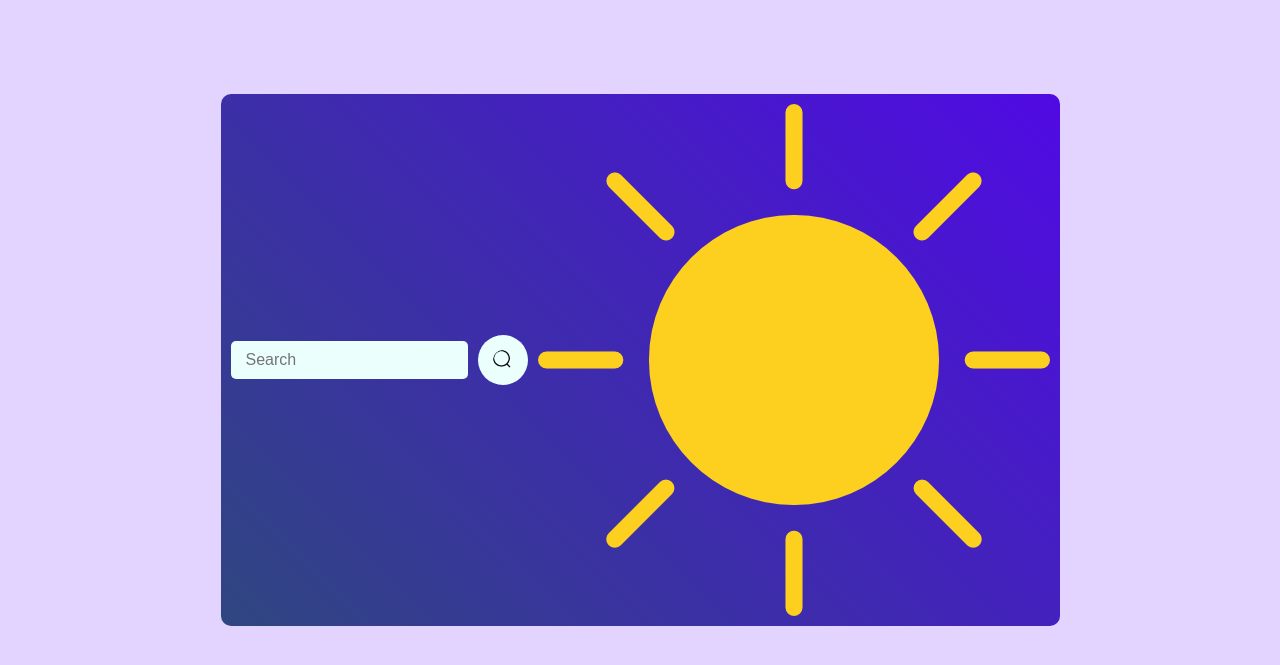
Repository: wakoya-tech/wheather-app
Page: /
The author's editor kept a copy of each file at every save. The page is drawn from the files as they stood at one save, then again after the next save.
The browser window is 1280 px wide. The pictures show the whole page.
The project was rebuilt for these pictures with package versions that can differ from the ones it lists, and the page was loaded fresh each time. Also part of the build but not shown: vite.config.js, src/App.css.

Above is the page before, as saved 2025-10-18 00:45:21.

### index.html
<!DOCTYPE html>
<html lang="en">
  <head>
    <meta charset="UTF-8" />
    <link rel="icon" type="image/svg+xml" href="/vite.svg" />
    <meta name="viewport" content="width=device-width, initial-scale=1.0" />
    <title>Weather App - wakoCode</title>
  </head>
  <body>
    <div id="root"></div>
    <script type="module" src="/src/main.jsx"></script>
  </body>
</html>

### src/App.jsx
import { useState } from 'react'
import Weather from './Components/Weather'

import './App.css'

function App() {
 return(
 <div className='App'>

<Weather/>

 </div>

 )

}

export default App

### src/index.css

*{
    margin: 0;
    padding: 0;
    box-sizing: border-box;
    font-family: "poppins",sans-serif;
}
.App {
    min-height: 100vh;
    display: grid;
    background: #e2d4ff;
}

### src/Components/Weather.jsx
import React from 'react';
import './Weather.css';
import search_icon from '../assets/Search.png';
/*import rain from '../assets/Rain.png';
import cloud from '../assets/Cloud.png';*/
import clear from '../assets/Clear.png';
/*import drizzle from '../assets/Drizzle.png';
import snow from '../assets/Snow.png';
import humidity from '../assets/Humidity.png';
*/
function Weather() {
  return (
    <div className='weather'>
      <div className="search-bar">
        <input type="text" placeholder='Search' />
        <img className='img' src={search_icon} alt="Search" />
        <img src={clear} alt="" />
      </div>
    </div>
  );
}

export default Weather;

### src/Components/Weather.css
.weather{
place-self: center;
padding: 10px;
border-radius: 10px;
background-image: linear-gradient(45deg,#2f4680,#500ae4);
display: flex;
flex-direction: column;
align-items: center;
}
.search-bar{
    display: flex;
    align-items: center;
    gap: 10px;
}
.search-bar input{
    padding: 10px 15px;
    font-size: 16px;
    border-radius: 5px;
    border: none;
    outline: none;
    flex: 1;
    color: #626262;
    background: #ebfffc;
}
.search-bar .img{
  width: 50px;
  padding: 15px;
    border-radius: 50%;
    background: #ebfffc;
  cursor: pointer;
}

Loaded but not shown: src/main.jsx (common file)

After the next save:
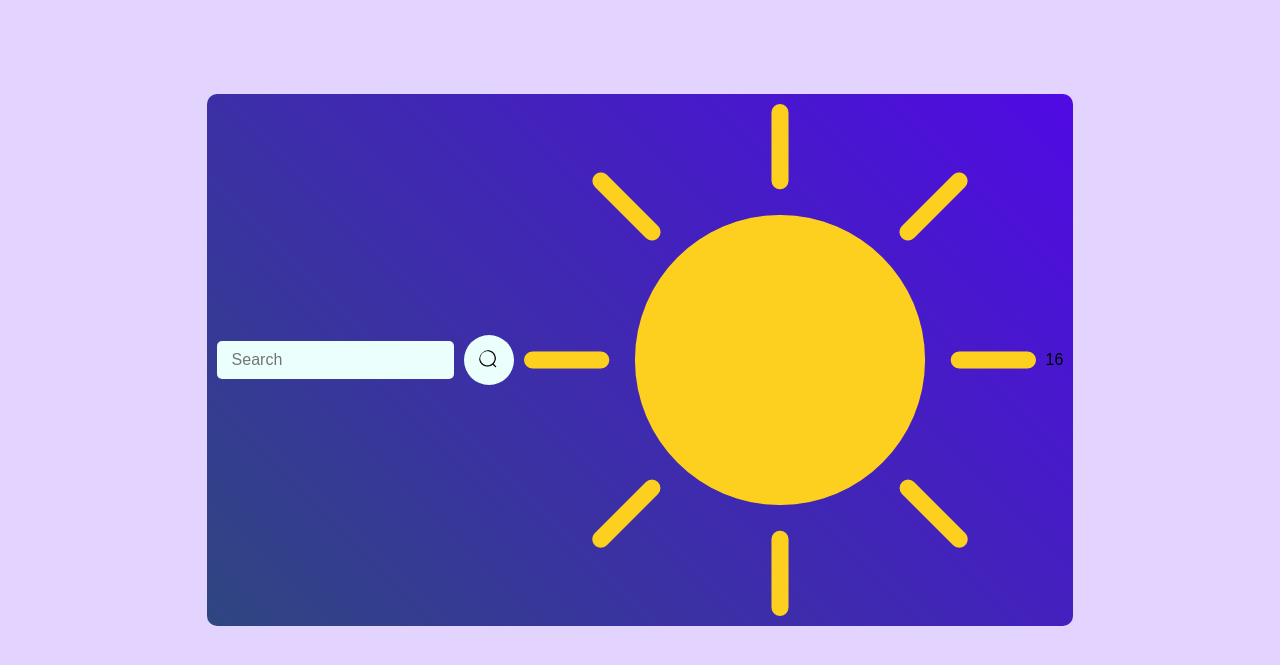
Saved 59 s later.
--- a/src/Components/Weather.jsx
+++ b/src/Components/Weather.jsx
@@ -14,7 +14,8 @@ function Weather() {
       <div className="search-bar">
         <input type="text" placeholder='Search' />
         <img className='img' src={search_icon} alt="Search" />
-        <img src={clear} alt="" />
+        <img src={clear} alt="weather-icon" />
+        <p>16</p>
       </div>
     </div>
   );
